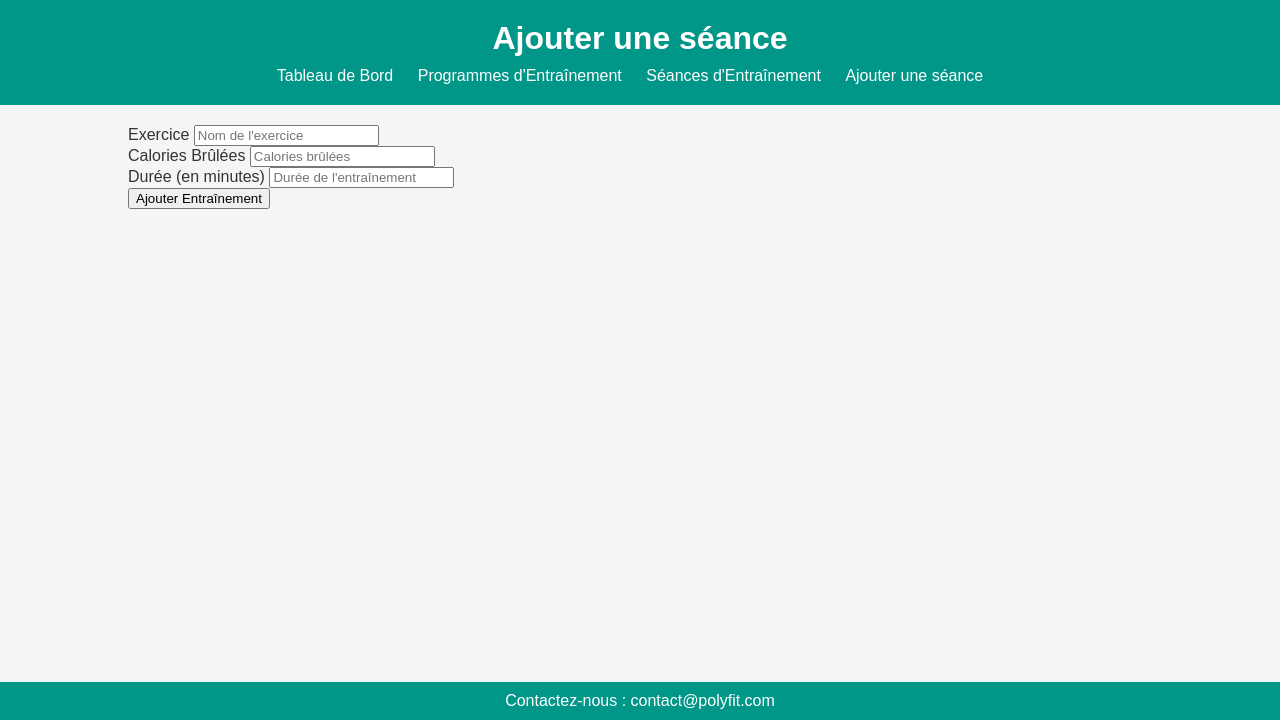
Repository: rimessouabni/polyfit
Page: src/main/resources/static/AddWorkout.html
An editor plug-in stored every save of this project. The page is shown before and after the next save, followed by the edit.
The browser window is 1280 px wide. The pictures show the whole page.

Above is the page before, as saved 2024-03-18 16:10:30.

### src/main/resources/static/AddWorkout.html
<!DOCTYPE html>
<html lang="fr">
<head>
    <meta charset="UTF-8">
    <meta name="viewport" content="width=device-width, initial-scale=1.0">
    <title>PolyFit - Ajouter séance</title>
    <link rel="stylesheet" href="styles.css">
</head>
<body>
    <header>
        <h1>Ajouter une séance</h1>
        <nav>
            <ul>
                <li><a href="dashboard.html">Tableau de Bord</a></li>
                <li><a href="programs.html">Programmes d'Entraînement</a></li>
                <li><a href="workouts.html">Séances d'Entraînement</a></li>
                <li><a href="AddWorkout.html">Ajouter une séance</a></li>
            </ul>
        </nav>
    </header>

    <div class="container mx-auto py-8 px-4">
        <form class="max-w-lg mx-auto">
            <div class="mb-4">
                <label class="block text-gray-700 text-sm font-bold mb-2" for="exercise">Exercice</label>
                <input class="shadow appearance-none border rounded w-full py-2 px-3 text-gray-700 leading-tight focus:outline-none focus:shadow-outline" id="exercise" type="text" placeholder="Nom de l'exercice">
            </div>
            <div class="mb-4">
                <label class="block text-gray-700 text-sm font-bold mb-2" for="calories">Calories Brûlées</label>
                <input class="shadow appearance-none border rounded w-full py-2 px-3 text-gray-700 leading-tight focus:outline-none focus:shadow-outline" id="calories" type="number" placeholder="Calories brûlées">
            </div>
            <div class="mb-4">
                <label class="block text-gray-700 text-sm font-bold mb-2" for="duration">Durée (en minutes)</label>
                <input class="shadow appearance-none border rounded w-full py-2 px-3 text-gray-700 leading-tight focus:outline-none focus:shadow-outline" id="duration" type="number" placeholder="Durée de l'entraînement">
            </div>
            <div class="flex items-center justify-between">
                <button class="bg-blue-500 hover:bg-blue-700 text-white font-bold py-2 px-4 rounded focus:outline-none focus:shadow-outline" type="button">
                    Ajouter Entraînement
                </button>
            </div>
        </form>
    </div>

    <footer>
        <p>Contactez-nous : contact@polyfit.com</p>
    </footer>
</body>
</html>

### src/main/resources/static/styles.css
/* Reset des styles par défaut */
body, h1, h2, h3, p, ul, li {
    margin: 0;
    padding: 0;
}

body {
    font-family: Arial, sans-serif;
    background-color: #f5f5f5;
    color: #333;
}

header {
    background-color: #009688;
    color: #fff;
    padding: 20px;
    text-align: center;
}

header h1 {
    margin-bottom: 10px;
}

nav ul {
    list-style-type: none;
}

nav ul li {
    display: inline;
    margin-right: 20px;
}

nav ul li a {
    color: #fff;
    text-decoration: none;
}

.container {
    width: 80%;
    margin: 0 auto;
    padding: 20px;
}

.workout {
    background-color: #fff;
    border-radius: 5px;
    box-shadow: 0 0 10px rgba(0, 0, 0, 0.1);
    padding: 20px;
    margin-bottom: 20px;
}

.workout h3 {
    color: #009688;
    margin-bottom: 10px;
}

.workout p {
    color: #666;
    margin-bottom: 10px;
}

.workout ul {
    list-style-type: none;
}

.workout ul li {
    margin-bottom: 5px;
}

/* Styles pour les icônes */
.workout ul li img {
    width: 30px; /* Ajustez la taille des icônes ici */
    margin-right: 10px;
    vertical-align: middle;
}

footer {
    background-color: #009688;
    color: #fff;
    text-align: center;
    padding: 10px 0;
    position: fixed;
    width: 100%;
    bottom: 0;
}

After the next save:
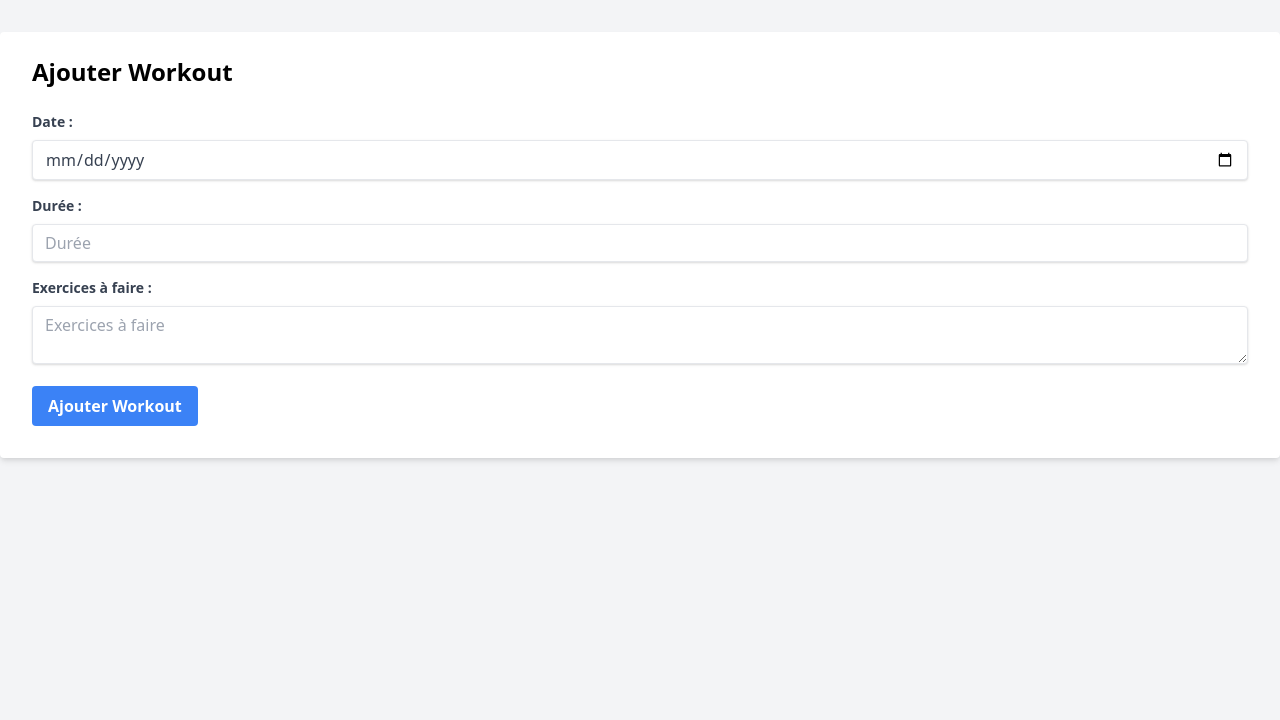
Saved 92 s later.
--- a/src/main/resources/static/AddWorkout.html
+++ b/src/main/resources/static/AddWorkout.html
@@ -1,48 +1,37 @@
 <!DOCTYPE html>
-<html lang="fr">
+<html lang="en">
 <head>
     <meta charset="UTF-8">
     <meta name="viewport" content="width=device-width, initial-scale=1.0">
-    <title>PolyFit - Ajouter séance</title>
-    <link rel="stylesheet" href="styles.css">
+    <title>Ajouter Workout</title>
+    <link href="https://cdn.jsdelivr.net/npm/tailwindcss@2.2.19/dist/tailwind.min.css" rel="stylesheet">
 </head>
-<body>
-    <header>
-        <h1>Ajouter une séance</h1>
-        <nav>
-            <ul>
-                <li><a href="dashboard.html">Tableau de Bord</a></li>
-                <li><a href="programs.html">Programmes d'Entraînement</a></li>
-                <li><a href="workouts.html">Séances d'Entraînement</a></li>
-                <li><a href="AddWorkout.html">Ajouter une séance</a></li>
-            </ul>
-        </nav>
-    </header>
+<body class="bg-gray-100">
+    <div class="container mx-auto mt-8">
+        <div class="bg-white shadow-md rounded px-8 pt-6 pb-8 mb-4">
+            <h2 class="text-2xl font-bold mb-6">Ajouter Workout</h2>
+            <form>
+                <div class="mb-4">
+                    <label class="block text-gray-700 text-sm font-bold mb-2" for="date">Date :</label>
+                    <input class="shadow appearance-none border rounded w-full py-2 px-3 text-gray-700 leading-tight focus:outline-none focus:shadow-outline" id="date" type="date" placeholder="Date">
+                </div>
+                <div class="mb-4">
+                    <label class="block text-gray-700 text-sm font-bold mb-2" for="duration">Durée :</label>
+                    <input class="shadow appearance-none border rounded w-full py-2 px-3 text-gray-700 leading-tight focus:outline-none focus:shadow-outline" id="duration" type="text" placeholder="Durée">
+                </div>
+                <div class="mb-4">
+                    <label class="block text-gray-700 text-sm font-bold mb-2" for="exercises">Exercices à faire :</label>
+                    <textarea class="shadow appearance-none border rounded w-full py-2 px-3 text-gray-700 leading-tight focus:outline-none focus:shadow-outline" id="exercises" placeholder="Exercices à faire"></textarea>
+                </div>
+                <!-- Ajouter d'autres champs ici selon les besoins -->
 
-    <div class="container mx-auto py-8 px-4">
-        <form class="max-w-lg mx-auto">
-            <div class="mb-4">
-                <label class="block text-gray-700 text-sm font-bold mb-2" for="exercise">Exercice</label>
-                <input class="shadow appearance-none border rounded w-full py-2 px-3 text-gray-700 leading-tight focus:outline-none focus:shadow-outline" id="exercise" type="text" placeholder="Nom de l'exercice">
-            </div>
-            <div class="mb-4">
-                <label class="block text-gray-700 text-sm font-bold mb-2" for="calories">Calories Brûlées</label>
-                <input class="shadow appearance-none border rounded w-full py-2 px-3 text-gray-700 leading-tight focus:outline-none focus:shadow-outline" id="calories" type="number" placeholder="Calories brûlées">
-            </div>
-            <div class="mb-4">
-                <label class="block text-gray-700 text-sm font-bold mb-2" for="duration">Durée (en minutes)</label>
-                <input class="shadow appearance-none border rounded w-full py-2 px-3 text-gray-700 leading-tight focus:outline-none focus:shadow-outline" id="duration" type="number" placeholder="Durée de l'entraînement">
-            </div>
-            <div class="flex items-center justify-between">
-                <button class="bg-blue-500 hover:bg-blue-700 text-white font-bold py-2 px-4 rounded focus:outline-none focus:shadow-outline" type="button">
-                    Ajouter Entraînement
-                </button>
-            </div>
-        </form>
+                <div class="flex items-center justify-between">
+                    <button class="bg-blue-500 hover:bg-blue-700 text-white font-bold py-2 px-4 rounded focus:outline-none focus:shadow-outline" type="submit">
+                        Ajouter Workout
+                    </button>
+                </div>
+            </form>
+        </div>
     </div>
-
-    <footer>
-        <p>Contactez-nous : contact@polyfit.com</p>
-    </footer>
 </body>
 </html>
